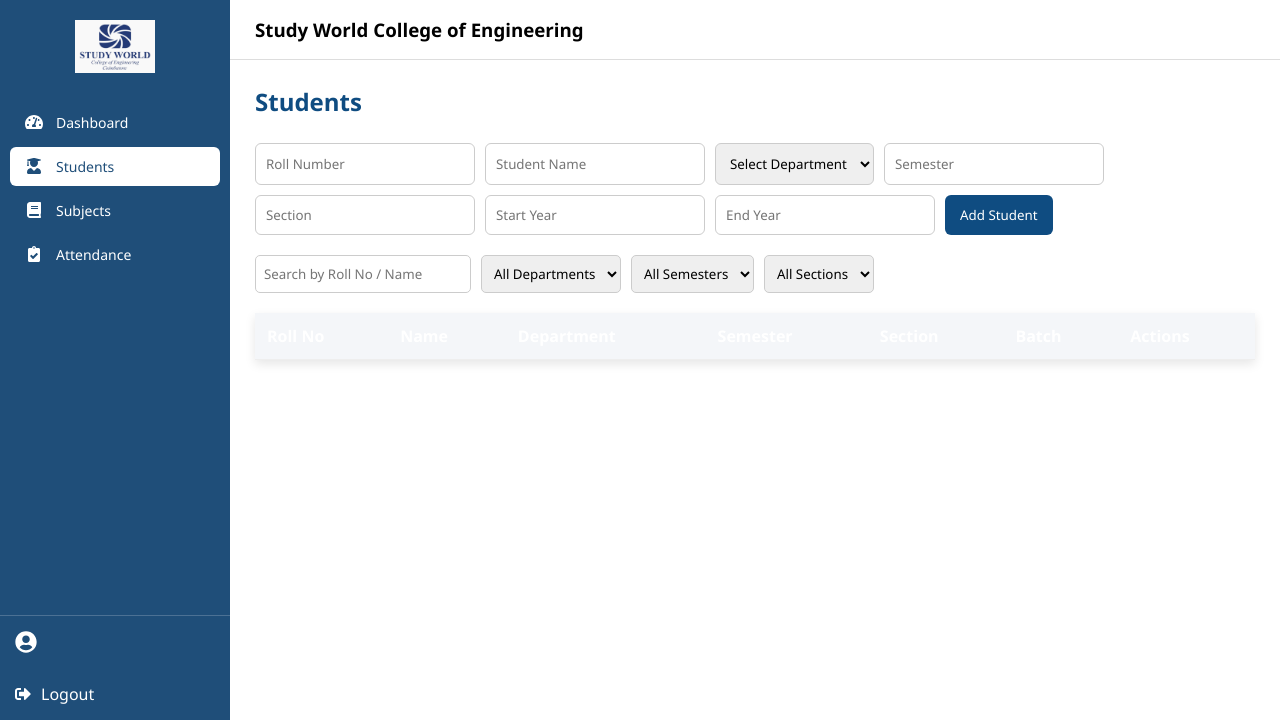
Repository: arthanarieswara/frontend
Page: /students
These files come from the project's save history. The page is drawn as it stood at one moment and after a run of saves; the edit follows.
The browser window is 1280 px wide. The pictures show the whole page.
The page's requests for data from a server got no answer. The project was rebuilt for these pictures with package versions that can differ from the ones it lists, and the page was loaded fresh each time. No one was signed in, and anything a server would have sent is missing. Also part of the build but not shown: vite.config.js, src/pages/auth/Login.jsx, src/pages/dashboard/Dashboard.css, src/pages/dashboard/Dashboard.jsx, src/pages/departments/Departments.jsx, src/pages/faculty/Faculty.css, src/pages/faculty/Faculty.jsx, src/pages/Subjects/Subjects.css and 8 more.

Above is the page before, as saved 2026-04-01 15:31:32.

After the next 3 saves:
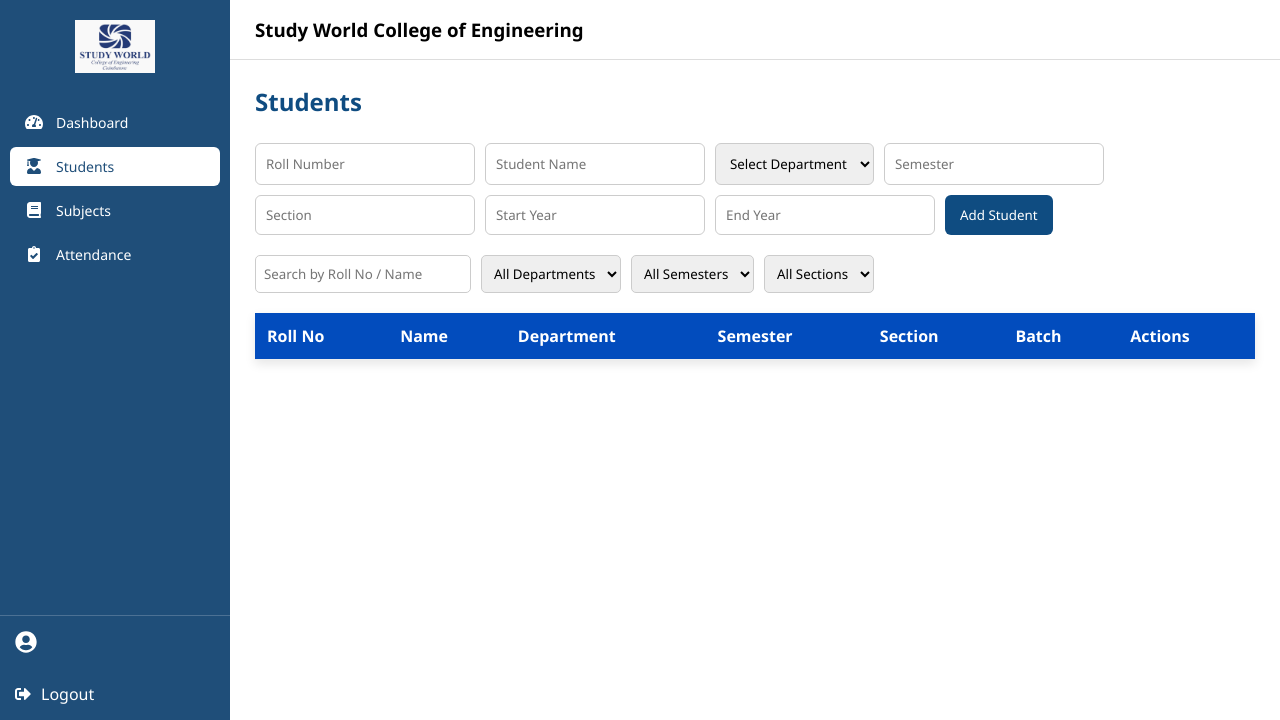
The 3 saves are shown as one change because they came seconds apart.
The last was saved 95 s later.
--- a/src/pages/students/Students.css
+++ b/src/pages/students/Students.css
@@ -35,7 +35,7 @@
 }
 
 .students-table th{
-    background:#f4f6f9;
+    background:#024cbd;
 }
 
 .students-table th,
